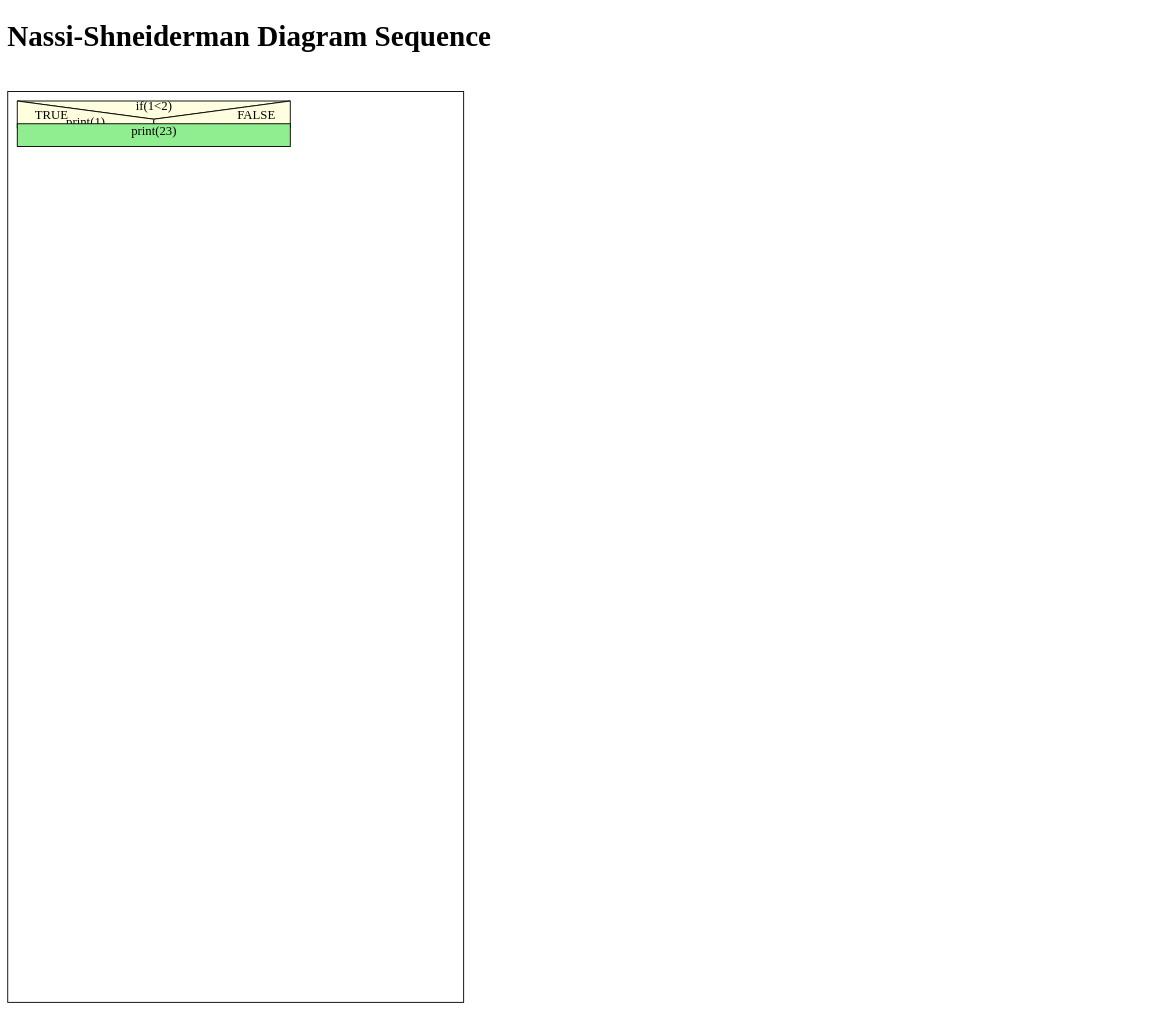
Repository: fabsch225/Nassi-Shneiderman-Compiler
Page: demo.html
An editor plug-in stored every save of this project. The page is shown before and after the next save, followed by the edit.
The browser window is 1280 px wide. The pictures show the whole page, at 91% of full size.

Above is the page before, as saved 2024-05-15 23:25:10.

### demo.html
<!DOCTYPE html>
<html lang="en">
<head>
<meta charset="UTF-8">
<meta name="viewport" content="width=device-width, initial-scale=1.0">
<title>Nassi-Shneiderman Diagram Sequence</title>
<script src="src/nassi_svg_api.js"></script>
<script src="src/compiler.js"></script>
<script src="src/converter.js"></script>
<style>
    svg {
        border: 1px solid black;
        margin: 20px auto;
        width: 500px;
        height: 1000px;
    }
</style>
</head>
<body>
<h1>Nassi-Shneiderman Diagram Sequence</h1>
<svg id="canvas" ></svg>
<script>
    var svgContainer = document.getElementById('canvas');


    //Manual creation of a Nassi-Shneiderman diagram
    /*svgContainer.innerHTML += createSequenceBlock(10, 10, 300, 50, "Start").svgAppendix;
    var block = createDecisionBlock(10, 60, 300, 100, "Was ist Schwerer", "1 Kg Federn", "1 Kg Gold");
    svgContainer.innerHTML += block.svgAppendix;
    var bounds1 = block.children[0];
    var bounds2 = block.children[1];
    var option1 = createSequenceBlock(bounds1.start_x, bounds1.start_y, bounds1.width, bounds1.height, "Das ist richtig");
    var option2 = createSequenceBlock(bounds2.start_x, bounds2.start_y, bounds2.width, bounds2.height, "Das ist richtig");
    svgContainer.innerHTML += option1.svgAppendix;
    svgContainer.innerHTML += option2.svgAppendix;*/

    // Example usage:
    const code = `
        if (1 < 2) {
            print(1)
        }
        print(23)
    `;
    var svg = convert(10, 10, 300, 50, lex_front(code));
    svgContainer.innerHTML += svg;
</script>
</body>
</html>

### src/nassi_svg_api.js
function createStartEndBlock(x, y, width, height) {
    var h = 20;
    var svgAppendix =  `<rect x="${x}" y="${y}" width="${width}" height="${h}" stroke="black" fill="lightblue" />
        <text x="${x + width / 2}" y="${y + height / 2}" font-size="14px" fill="black" text-anchor="middle">Start</text>`;
    svgAppendix +=  `<rect x="${x}" y="${y + height - h}" width="${width}" height="${h}" stroke="black" fill="lightblue" />
        <text x="${x + width / 2}" y="${y + height / 2}" font-size="14px" fill="black" text-anchor="middle">End</text>`;
    var child = {start_x: x, start_y: y + h, width: width, height: height - 2 * h};

    return {svgAppendix: svgAppendix, children: [child]};
}

function createSequenceBlock(x, y, width, height, content) {
    svgAppendix = `<rect x="${x}" y="${y}" width="${width}" height="${height}" stroke="black" fill="lightgreen" />
        <text x="${x + width / 2}" y="${y + height / 2}" font-size="14px" fill="black" text-anchor="middle">${content}</text>`;
    return {svgAppendix: svgAppendix, children: []};
}

function createDecisionBlock(x, y, width, height, question, answerA, answerB) {
    var h = 20;
    var h_extra = h / 2;
    svgAppendix = `<polygon points="${x},${y} ${x + width},${y} ${x + width / 2},${y + h}" stroke="black" fill="lightyellow" />
        <polygon points="${x},${y} ${x},${y + h + h_extra} ${x + width / 2},${y + h + h_extra} ${x + width / 2},${y + h}" stroke="black" fill="lightyellow" />
        <polygon points="${x + width},${y} ${x + width},${y + h + h_extra} ${x + width / 2},${y + h + h_extra} ${x + width / 2},${y + h}" stroke="black" fill="lightyellow" />
        <text x="${x + width / 2}" y="${y + h / 2}" font-size="14px" fill="black" text-anchor="middle">${question}</text>
        <text x="${x + 7 * width / 8}" y="${y + h}" font-size="14px" fill="black" text-anchor="middle">${answerB}</text>
        <text x="${x + width / 8}" y="${y + h}" font-size="14px" fill="black" text-anchor="middle">${answerA}</text>`;

    childA = {start_x: x, start_y: y + h + h_extra, width: width / 2, height: height - h - h_extra};
    childB = {start_x: x + width / 2, start_y: y + h + h_extra, width: width / 2, height: height - h - h_extra};

    return {svgAppendix: svgAppendix, children: [childA, childB]};
}

// TODO: function createSwitchCaseBlock
// more...

### src/compiler.js
const tokens = ['if']
const branchers = ['{', '}']
const brackets = ['(', ')']

//
// 0: function call
// 1: ifs
// 2: ifs and else

function is_token(s) {
    return tokens.includes(s)
}

function is_token_prefix(s) { //maybe not the correct def of prefix
    if (is_token(s)) {
        return false
    }
    for (let i = 0; i < tokens.length; i++) {
        if (tokens[i].startsWith(s)) {
            return true
        }
    }
    return false
}

function get_arguments(s, i) {
    if (s[i] !== brackets[0]) {
        console.log(s[i])
        throw new Error('Expected (')
    }
    let arguments = ''
    let next_char = ''
    i += 1
    while (next_char !== brackets[1]) {
        arguments += s[i]
        i++
        next_char = s[i]
    }
    return {args: arguments, index: i + 1}
}

function lex_front(s) {
    return lex_back(s.replace(/\s/g, ''));
}

function lex_back(s) {
    console.log("Compiling: " + s)
    let i = 0
    let current_token = ''
    let tokens = []
    while (i < s.length) {
        while (is_token_prefix(current_token)) {
            current_token += s[i]
            i++
        }
        if (is_token(current_token)) {
            if (current_token === 'if') {
                var type = 1
                var branches = []
                var arguments = []

                var current_arguments = get_arguments(s, i)
                i = current_arguments.index

                console.log(current_arguments.args)

                if (s[i] !== branchers[0]) {
                    console.log(s[i])
                    throw new Error('Expected {')
                }
                i += 1
                var branch = ''
                var next_char = ''
                while (next_char !== branchers[1]) {
                    if (i > s.length) {
                        throw new Error('Expected }')
                    }
                    branch += s[i]
                    i++
                    next_char = s[i]
                }
                i += 1
                branches.push(lex_back(branch))
                arguments.push(current_arguments.args)

                while (s.substring(i, i + 6) === 'elseif') {
                    i += 6
                    var current_arguments = get_arguments(s, i)
                    i = current_arguments.index
                    if (s[i] !== branchers[0]) {
                        throw new Error('Expected {')
                    }
                    i += 1
                    var branch = ''
                    var next_char = ''
                    while (next_char !== branchers[1]) {
                        if (i > s.length) {
                            throw new Error('Expected }')
                        }
                        branch += s[i]
                        i++
                        next_char = s[i]
                    }
                    i += 1

                    branches.push(lex_back(branch))
                    arguments.push(current_arguments.args)
                }
                if (s.substring(i, i + 4) === 'else') {
                    type = 2
                    i += 4
                    i += 1
                    var branch = ''
                    var next_char = ''
                    while (next_char !== branchers[1]) {
                        if (i > s.length) {
                            throw new Error('Expected }')
                        }
                        branch += s[i]
                        i++
                        next_char = s[i]
                    }
                    i += 1
                    branches.push(lex_back(branch))
                }

                tokens.push({
                    type: type,
                    name: current_token,
                    arguments: arguments,
                    branches: branches
                })
            }
        }
        else {
            while (s[i] != brackets[0]) {
                if (i > s.length) {
                    throw new Error('Expected (')
                }
                current_token += s[i]
                i++
            }
            var current_arguments = get_arguments(s, i)
            i = current_arguments.index
            tokens.push({
                type: 0,
                name: current_token,
                arguments: [current_arguments.args],
                branches: []
            })
        }
        current_token = ''
    }
    return tokens
}

### src/converter.js
function convert(x, y, width, height, tree) {
    console.log("Converting ", tree)
    let svgAppendix = ''
    let h = height / tree.length
    let current_y = y
    for (let block of tree) {
        if (block.type == 0) { // sequential statement - function call
            svgAppendix += createSequenceBlock(x, current_y, width, h, block.name + '(' + block.arguments[0] + ')').svgAppendix
            current_y += h
        }
        else if (block.type == 1) { //ifs
            if (block.branches.length != 1) {
                throw new Error('Expected 1 branches, Nassi-Shneiderman diagrams only support single IF or one IF-ELSE statement')
            }
            var sub_block = createDecisionBlock(x, current_y, width, h, block.name + '(' + block.arguments[0] + ')', "TRUE", "FALSE");
            svgAppendix += sub_block.svgAppendix;
            var bounds1 = sub_block.children[0];
            svgAppendix += convert(bounds1.start_x, bounds1.start_y, bounds1.width, bounds1.height, block.branches[0]);
            current_y += h
        }
        else if (block.type == 2) { //ifs and else

        }
    }
    return svgAppendix
}

function getHeight() {

}

After the next save:
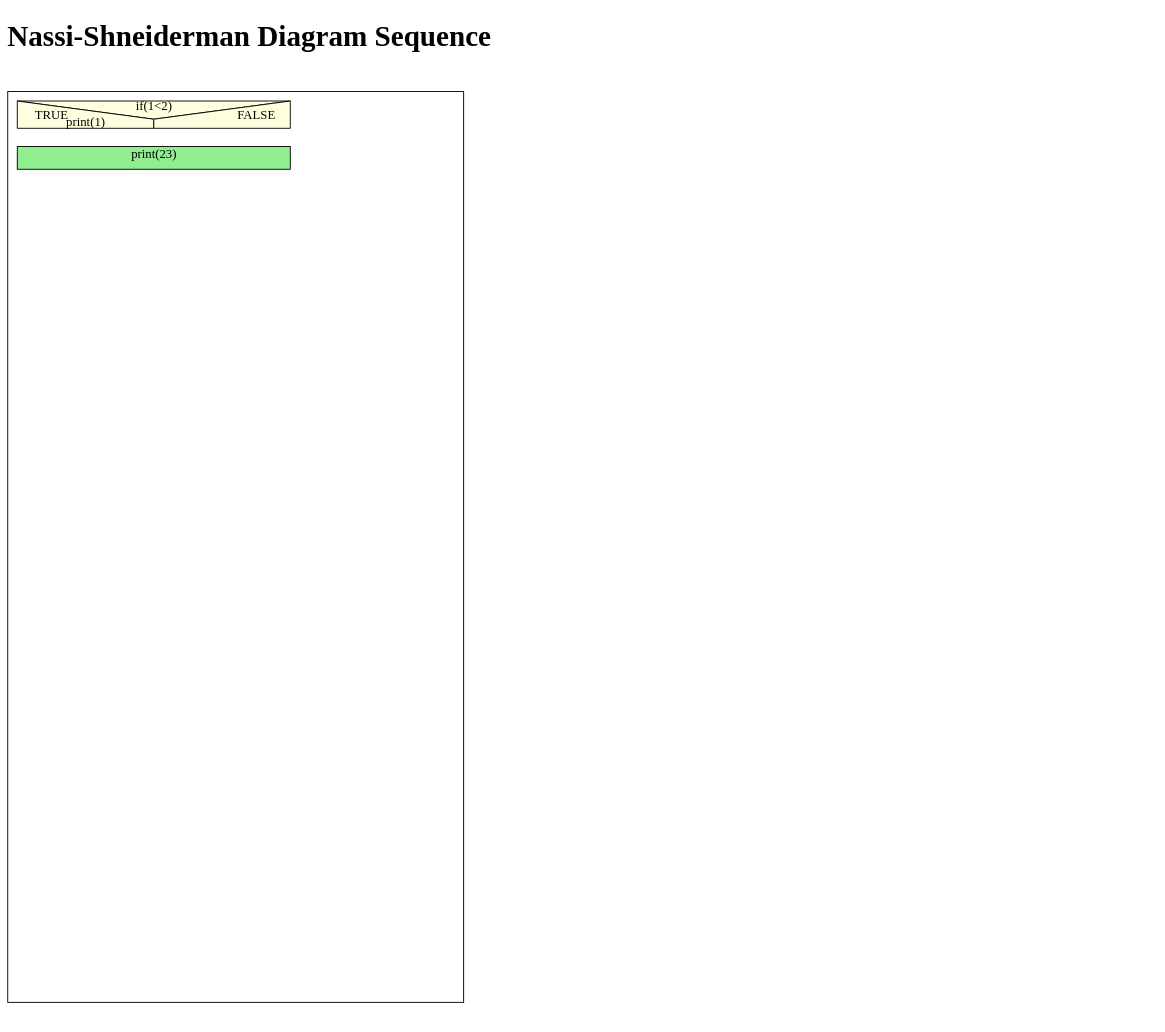
Saved 109 s later.
--- a/src/converter.js
+++ b/src/converter.js
@@ -16,7 +16,7 @@
             svgAppendix += sub_block.svgAppendix;
             var bounds1 = sub_block.children[0];
             svgAppendix += convert(bounds1.start_x, bounds1.start_y, bounds1.width, bounds1.height, block.branches[0]);
-            current_y += h
+            current_y += h + h
         }
         else if (block.type == 2) { //ifs and else
 

After the save that followed:
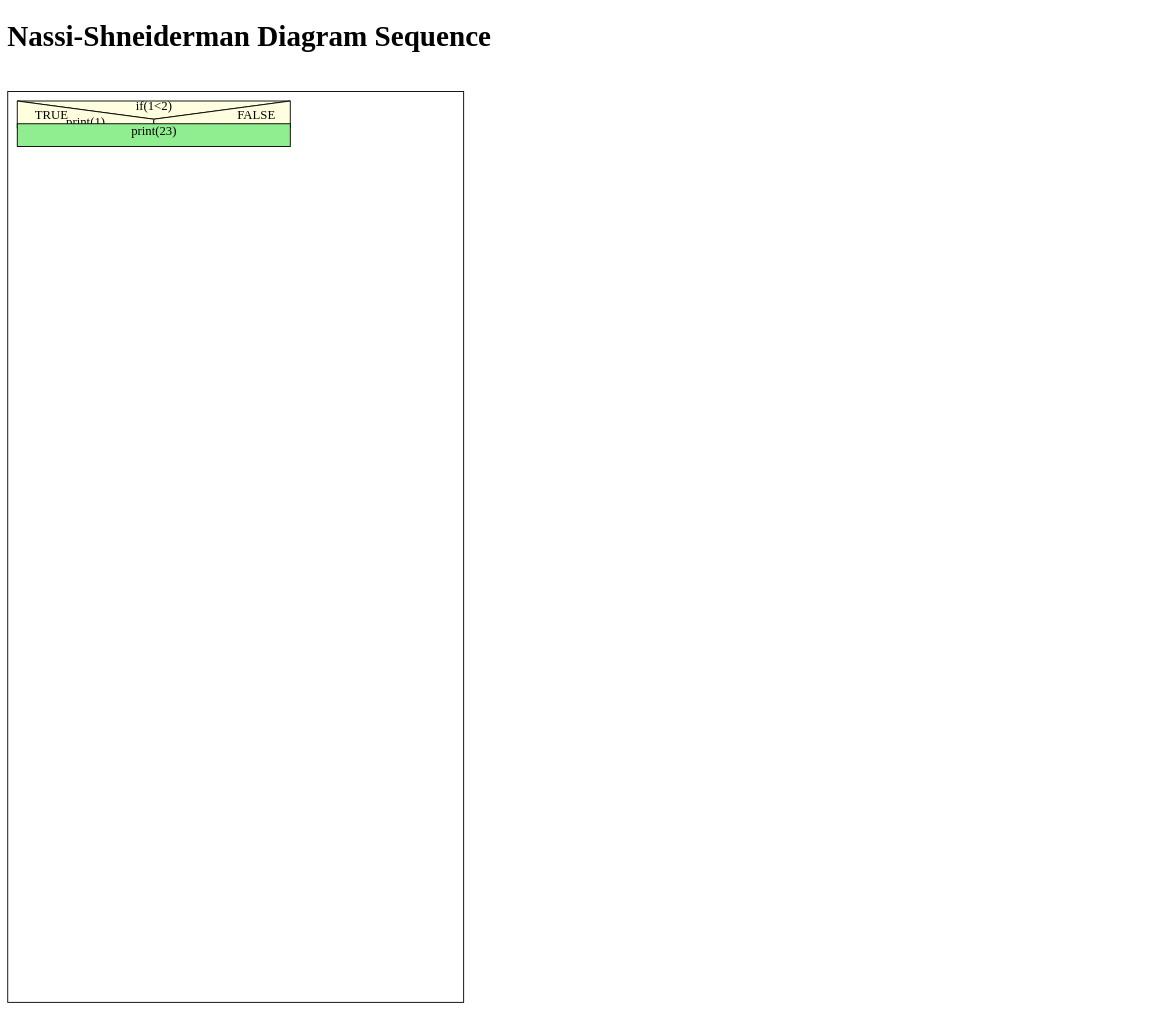
Saved 17 s later.
--- a/src/converter.js
+++ b/src/converter.js
@@ -16,7 +16,7 @@
             svgAppendix += sub_block.svgAppendix;
             var bounds1 = sub_block.children[0];
             svgAppendix += convert(bounds1.start_x, bounds1.start_y, bounds1.width, bounds1.height, block.branches[0]);
-            current_y += h + h
+            current_y += h
         }
         else if (block.type == 2) { //ifs and else
 
